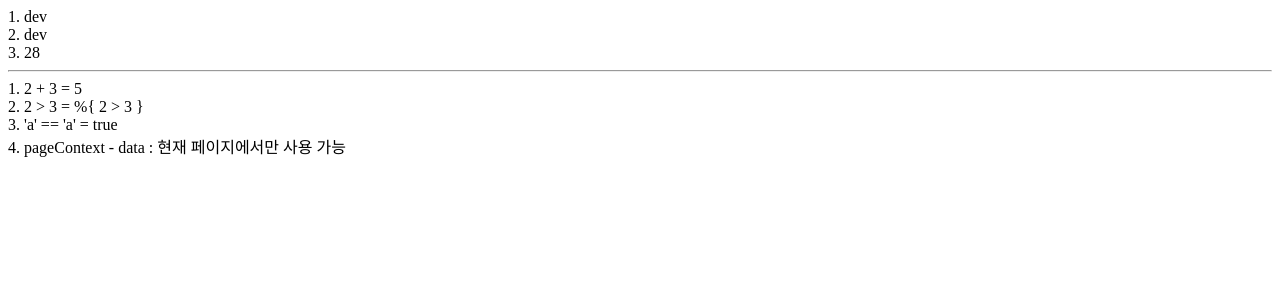
Repository: NewParkk/MultiStudy
Page: http://localhost/step06_jsp/step01_scripting.jsp
The author's editor kept a copy of each file at every save. The page is drawn from the files as they stood at one save, then again after the next save.
The browser window is 1280 px wide. The pictures show the whole page.
The page is served by Tomcat 9. Other server files are loaded and not shown.

Above is the page before, as saved 2023-12-28 04:43:34.

### 04.web/step06_jsp/WebContent/step01_scripting.jsp
<%@page import="java.io.PrintWriter"%>
<%@ page language="java" contentType="text/html; charset=UTF-8"
    pageEncoding="UTF-8"%>
<!DOCTYPE html>
<html>
<head>
<meta charset="UTF-8">
<title>step01_scripting</title>
</head>
<body>
<%-- JSP 주석 --%>
<%! String name = "dev"; %>

1. <%= name %> <br/>
2. <% out.println(name); %> <br/>
<% int age = 28; %>
3. <%= age %> <br/>

<hr/>
1. 2 + 3 = ${ 2 + 3 } <br/>
2. 2 > 3 = %{ 2 > 3 } <br/>
3. 'a' == 'a' = ${'a' == 'a'} <br/>
<%
//  Scope : 범위

	//
	pageContext.setAttribute("pageData", "현재 페이지에서만 사용 가능");
%>
4. pageContext - data : ${pageScope.pageData}





</body>
</html>

After the next save:
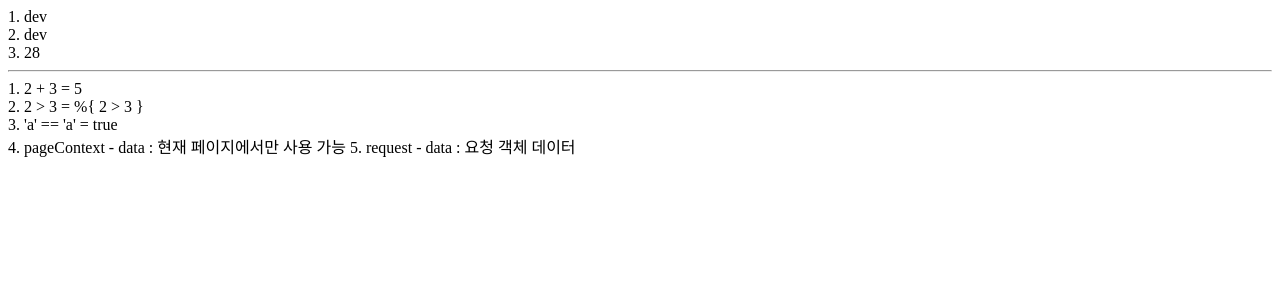
Saved 2 min 3 s later.
--- a/04.web/step06_jsp/WebContent/step01_scripting.jsp
+++ b/04.web/step06_jsp/WebContent/step01_scripting.jsp
@@ -25,8 +25,11 @@
 
 	//
 	pageContext.setAttribute("pageData", "현재 페이지에서만 사용 가능");
+	request.setAttribute("reqData", "요청 객체 데이터");
+
 %>
 4. pageContext - data : ${pageScope.pageData}
+5. request  - data : ${requestScope.reqData}
 
 
 
